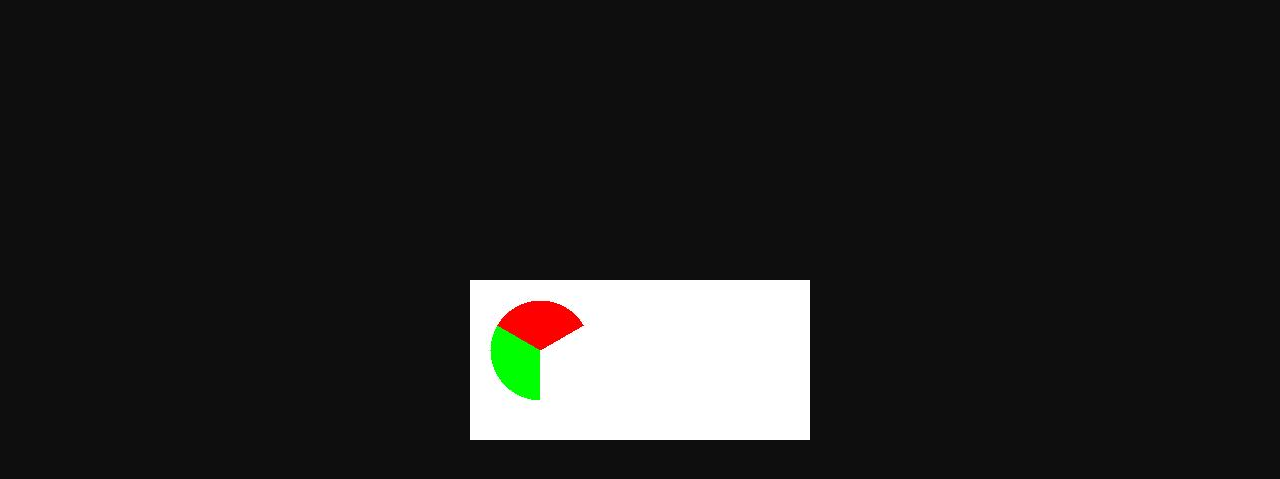
Repository: frankstar007/java
Page: http://localhost/CommentBoard/tu.jsp
These files come from the project's save history. The page is drawn as it stood at one moment and after a run of saves; the edit follows.
The browser window is 1280 px wide. The pictures show the whole page.
The page is served by Tomcat 9.

Above is the page before, as saved 2016-05-16 02:05:38.

After the next 2 saves:
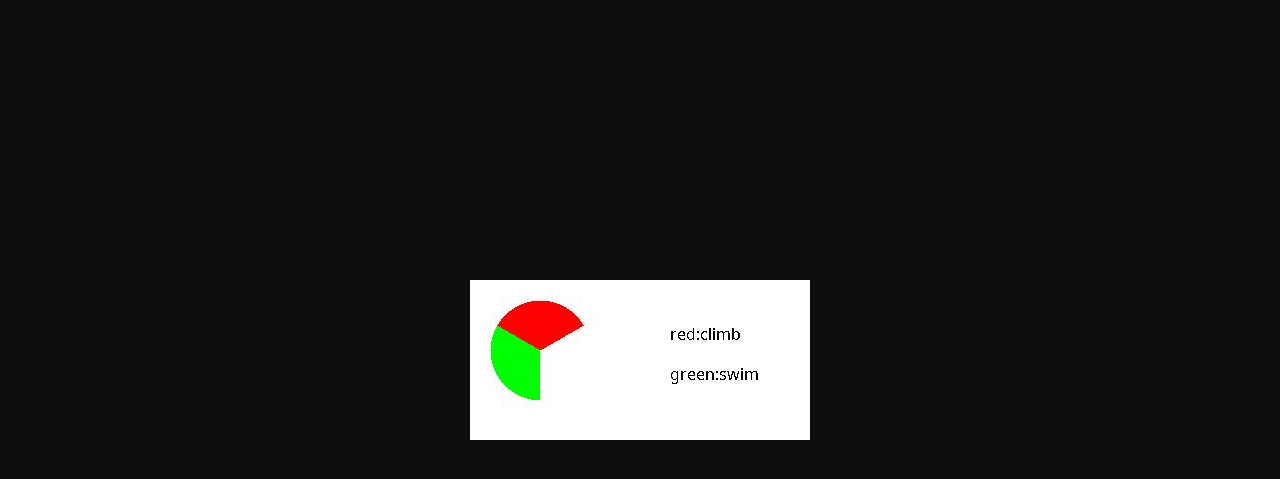
The 2 saves are shown as one change because 1 did not build or start.
The last was saved 77 s later.
--- a/CommentBoard/WebContent/tu.jsp
+++ b/CommentBoard/WebContent/tu.jsp
@@ -23,6 +23,8 @@
 		graphics.fillArc(20, 20, 1000, 100, 270, 120);
 		graphics.setColor(new Color(0,0,0));
 		graphics.setFont(new Font("Arial Black", Font.PLAIN, 16));
+		graphics.drawString("red:climb", 200, 60);
+		graphics.drawString("green:swim", 200, 100);
 
 
 
